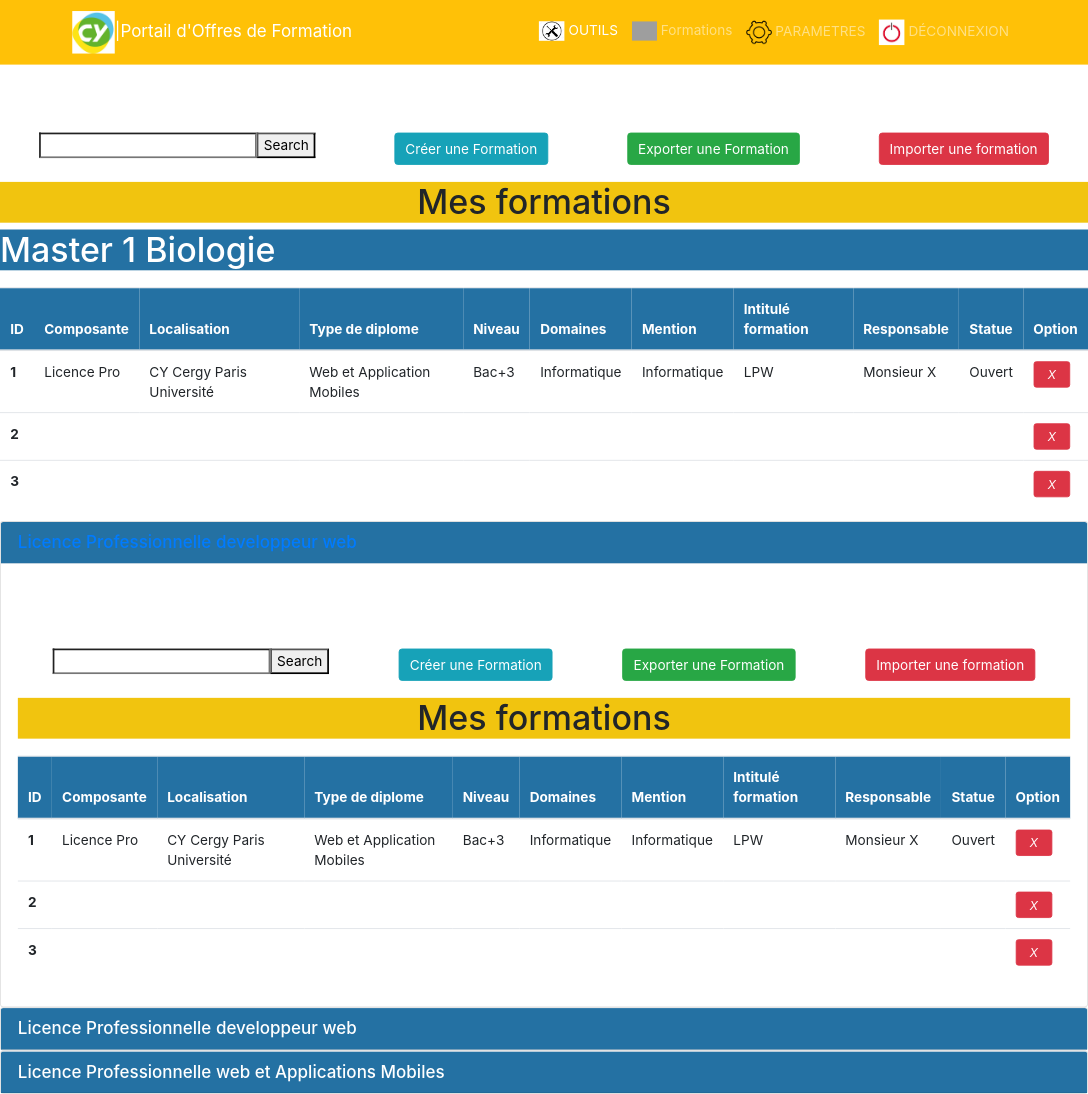
Repository: BaldeThierno1990/Projet-1-formation-tableau-generique-vue-export
Page: / (app in mcc/)
These files come from the project's save history. The page is drawn as it stood at one moment and after the next save; the edit follows.
The browser window is 1280 px wide. The pictures show the whole page, at 85% of full size.
Pictures or frames that could not be fetched are drawn as grey boxes. The project was rebuilt for these pictures with package versions that can differ from the ones it lists, and the page was loaded fresh each time.

Above is the page before, as saved 2021-03-22 14:48:55.

### mcc/src/main.js
import Vue from 'vue'
import App from './App.vue'

import 'bootstrap';
import 'bootstrap/dist/css/bootstrap.min.css';

Vue.config.productionTip = false

new Vue({
  render: h => h(App),
}).$mount('#app')

### mcc/src/App.vue
<template>
  <div id="app">

  <v-header></v-header>
  <v-tableau></v-tableau>
  <v-formation></v-formation>
  <v-footer></v-footer>


  </div>
</template>

<script>
import VTableau from './components/tableau/Vtableau.vue'
import VHeader from './components/menu/VHeader.vue'
import VFormation from './components/tableau/VFormation.vue'
import VFooter from './components/footer/Vfooter.vue'
export default {
  name: 'App',
  components: {
  VHeader,
    VTableau,
    VFormation,
    VFooter

  }
}
</script>

<style>
#app {
  font-family: Avenir, Helvetica, Arial, sans-serif;
  -webkit-font-smoothing: antialiased;
  -moz-osx-font-smoothing: grayscale;
  text-align: center;
  color: #2c3e50;
}
#nav {
  padding: 30px;
}

### mcc/src/components/tableau/Vtableau.vue
<template>
<div class="table">
    <div class="parent">
        <div class="formation">
         <input type="search" id="site-search" name="q"
        aria-label="Search through site content">
        <button>Search</button></div>
        <div class="formation"><button type="button" class="btn btn-info">Créer une Formation</button></div>
          <div class="formation"><button type="button" class="btn btn-success">Exporter une Formation</button></div>
        <div class="formation"><button type="button" class="btn btn-danger">Importer une formation</button></div>



    </div>


    <div>
        <div class="menu">
        <h1> Mes formations</h1>
    </div>
    <div id="heading"><h1>Master 1 Biologie</h1></div>
    <table class="table align-middle">

  <thead>
    <tr class="colonne">
      <th scope="col">ID</th>
      <th scope="col">Composante</th>
      <th scope="col">Localisation</th>
      <th scope="col">Type de diplome</th>
      <th scope="col">Niveau</th>
      <th scope="col">Domaines</th>
      <th scope="col">Mention</th>
      <th scope="col">Intitulé formation</th>
      <th scope="col">Responsable</th>
      <th scope="col">Statue</th>
      <th scope="col">Option</th>
    </tr>
  </thead>
  <tbody>
    <tr>
      <th scope="row">1</th>
       <td>Licence Pro</td>
      <td>CY Cergy Paris Université</td>
      <td>Web et Application Mobiles</td>
      <td>Bac+3</td>
      <td>Informatique</td>
      <td>Informatique</td>
      <td>LPW</td>
      <td>Monsieur X</td>
      <td>Ouvert</td>
      <td>
        <button type="button" class="btn btn-danger btn-sm px-3">
          <i class="fas fa-times">X</i>
        </button>
      </td>
    </tr>
    <tr>
      <th scope="row">2</th>
      <td></td>
      <td></td>
      <td></td>
      <td></td>
      <td></td>
      <td></td>
      <td></td>
      <td></td>
      <td></td>

      <td>
        <button type="button" class="btn btn-danger btn-sm px-3">
          <i class="fas fa-times">X</i>
        </button>
      </td>
    </tr>
    <tr>
      <th scope="row">3</th>
       <td></td>
      <td></td>
      <td></td>
      <td></td>
      <td></td>
      <td></td>
      <td></td>
      <td></td>
      <td></td>
      <td>
        <button type="button" class="btn btn-danger btn-sm px-3">
          <i class="fas fa-times">X</i>
        </button>
      </td>
    </tr>

  </tbody>
</table>
 </div>
</div>


</template>

<style>
.parent{
     display: flex;
     justify-content: space-around;
     margin-top: 80px;

}
.table{
    margin-top: 20px;
}
.colonne{
    background-color: #2471A3;
    color: white;
}
.menu{
    text-align: center;
    background-color: #F1C40F;
    margin-top: 20px;
}
</style>


<script>
export default {

}
</script>

### mcc/src/components/menu/VHeader.vue
<template>
<div class="header">
  <!-- Navigation -->
<nav class="navbar navbar-expand-lg navbar-dark bg-warning static-top">
  <div class="container">
    <a class="navbar-brand" href="#">
          <img src="@/assets/logo.jpg" alt="Logo" width="50">|Portail d'Offres de Formation
        </a>
    <button class="navbar-toggler" type="button" data-toggle="collapse" data-target="#navbarResponsive" aria-controls="navbarResponsive" aria-expanded="false" aria-label="Toggle navigation">
          <span class="navbar-toggler-icon"></span>
        </button>
    <div class="collapse navbar-collapse" id="navbarResponsive">
      <ul class="navbar-nav ml-auto">
        <li class="nav-item active">
          <a class="nav-link" href="#"> <img src="@/assets/icone_outils.jpg" alt="Outils" width="30"> OUTILS
                <span class="sr-only">(current)</span>
              </a>
        </li>

        <li class="nav-item">
          <a class="nav-link" href="#"><img src="@/assets/icone_formation.png" alt="Formation" width="30">  Formations</a>
        </li>
        <li class="nav-item">
          <a class="nav-link" href="#"><img src="@/assets/icone_parametre.png" alt="Parametre" width="30">  PARAMETRES</a>
        </li>
         <li class="nav-item">
          <a class="nav-link" href="#"> <img src="@/assets/icone_deconnexion.jpeg" alt="Formation" width="30"> DÉCONNEXION</a>
        </li>
      </ul>
    </div>
  </div>
</nav>
</div>

</template>

### mcc/src/components/tableau/VFormation.vue
<template>
    <div id="accordion" role="tablist">
  <div class="card">
    <div class="card-header" role="tab" id="heading">
      <h5 class="mb-0">
        <a data-toggle="collapse" href="#collapseOne" aria-expanded="true" aria-controls="collapseOne">
       Licence Professionnelle developpeur web
        </a>
      </h5>
</div>
<div id="collapseOne" class="collapse show" role="tabpanel" aria-labelledby="headingOne" data-parent="#accordion">
      <div class="card-body">
       <div class="table">
    <div class="parent">
        <div class="formation">
         <input type="search" id="site-search" name="q"
        aria-label="Search through site content">
        <button>Search</button></div>
        <div class="formation"><button type="button" class="btn btn-info">Créer une Formation</button></div>
          <div class="formation"><button type="button" class="btn btn-success">Exporter une Formation</button></div>
        <div class="formation"><button type="button" class="btn btn-danger">Importer une formation</button></div>



    </div>


    <div>
        <div class="menu">
        <h1> Mes formations</h1>
    </div>
    <table class="table align-middle">

  <thead>
    <tr class="colonne">
      <th scope="col">ID</th>
      <th scope="col">Composante</th>
      <th scope="col">Localisation</th>
      <th scope="col">Type de diplome</th>
      <th scope="col">Niveau</th>
      <th scope="col">Domaines</th>
      <th scope="col">Mention</th>
      <th scope="col">Intitulé formation</th>
      <th scope="col">Responsable</th>
      <th scope="col">Statue</th>
      <th scope="col">Option</th>
    </tr>
  </thead>
  <tbody>
    <tr>
      <th scope="row">1</th>
       <td>Licence Pro</td>
      <td>CY Cergy Paris Université</td>
      <td>Web et Application Mobiles</td>
      <td>Bac+3</td>
      <td>Informatique</td>
      <td>Informatique</td>
      <td>LPW</td>
      <td>Monsieur X</td>
      <td>Ouvert</td>
      <td>
        <button type="button" class="btn btn-danger btn-sm px-3">
          <i class="fas fa-times">X</i>
        </button>
      </td>
    </tr>
    <tr>
      <th scope="row">2</th>
      <td></td>
      <td></td>
      <td></td>
      <td></td>
      <td></td>
      <td></td>
      <td></td>
      <td></td>
      <td></td>

      <td>
        <button type="button" class="btn btn-danger btn-sm px-3">
          <i class="fas fa-times">X</i>
        </button>
      </td>
    </tr>
    <tr>
      <th scope="row">3</th>
       <td></td>
      <td></td>
      <td></td>
      <td></td>
      <td></td>
      <td></td>
      <td></td>
      <td></td>
      <td></td>
      <td>
        <button type="button" class="btn btn-danger btn-sm px-3">
          <i class="fas fa-times">X</i>
        </button>
      </td>
    </tr>

  </tbody>
</table>
        </div>



</div>

      </div>
</div>
</div>
<div class="card">
    <div class="card-header" role="tab" id="heading">
      <h5 class="mb-0">
        <a class="collapsed" data-toggle="collapse" href="#collapseTwo" aria-expanded="false" aria-controls="collapseTwo">
       Licence Professionnelle developpeur web
        </a>
      </h5>
</div>
<div id="collapseTwo" class="collapse" role="tabpanel" aria-labelledby="headingTwo" data-parent="#accordion">
      <div class="card-body">
      <div class="table">
    <div class="parent">
        <div class="formation">
         <input type="search" id="site-search" name="q"
        aria-label="Search through site content">
        <button>Search</button></div>
        <div class="formation"><button type="button" class="btn btn-info">Créer une Formation</button></div>
          <div class="formation"><button type="button" class="btn btn-success">Exporter une Formation</button></div>
        <div class="formation"><button type="button" class="btn btn-danger">Importer une formation</button></div>



    </div>


    <div>
        <div class="menu">
        <h1> Mes formations</h1>
    </div>
    <table class="table align-middle">

  <thead>
    <tr class="colonne">
      <th scope="col">ID</th>
      <th scope="col">Composante</th>
      <th scope="col">Localisation</th>
      <th scope="col">Type de diplome</th>
      <th scope="col">Niveau</th>
      <th scope="col">Domaines</th>
      <th scope="col">Mention</th>
      <th scope="col">Intitulé formation</th>
      <th scope="col">Responsable</th>
      <th scope="col">Statue</th>
      <th scope="col">Option</th>
    </tr>
  </thead>
  <tbody>
    <tr>
      <th scope="row">1</th>
       <td>Licence Pro</td>
      <td>CY Cergy Paris Université</td>
      <td>Web et Application Mobiles</td>
      <td>Bac+3</td>
      <td>Informatique</td>
      <td>Informatique</td>
      <td>LPW</td>
      <td>Monsieur X</td>
      <td>Ouvert</td>
      <td>
        <button type="button" class="btn btn-danger btn-sm px-3">
          <i class="fas fa-times">X</i>
        </button>
      </td>
    </tr>
    <tr>
      <th scope="row">2</th>
      <td></td>
      <td></td>
      <td></td>
      <td></td>
      <td></td>
      <td></td>
      <td></td>
      <td></td>
      <td></td>

      <td>
        <button type="button" class="btn btn-danger btn-sm px-3">
          <i class="fas fa-times">X</i>
        </button>
      </td>
    </tr>
    <tr>
      <th scope="row">3</th>
       <td></td>
      <td></td>
      <td></td>
      <td></td>
      <td></td>
      <td></td>
      <td></td>
      <td></td>
      <td></td>
      <td>
        <button type="button" class="btn btn-danger btn-sm px-3">
          <i class="fas fa-times">X</i>
        </button>
      </td>
    </tr>

  </tbody>
</table>
        </div>



</div>

      </div>
</div>
</div>


<div class="card">
    <div class="card-header" role="tab" id="heading">
      <h5 class="mb-0">
        <a class="collapsed" data-toggle="collapse" href="#collapseThree" aria-expanded="false" aria-controls="collapseThree">
    Licence Professionnelle web et Applications Mobiles
        </a>
      </h5>
</div>
<div id="collapseThree" class="collapse" role="tabpanel" aria-labelledby="headingThree" data-parent="#accordion">
      <div class="card-body">
      <div class="table">
    <div class="parent">
        <div class="formation">
         <input type="search" id="site-search" name="q"
        aria-label="Search through site content">
        <button>Search</button></div>
        <div class="formation"><button type="button" class="btn btn-info">Créer une Formation</button></div>
          <div class="formation"><button type="button" class="btn btn-success">Exporter une Formation</button></div>
        <div class="formation"><button type="button" class="btn btn-danger">Importer une formation</button></div>



    </div>


    <div>
        <div class="menu">
        <h1> Mes formations</h1>
    </div>
    <table class="table align-middle">

  <thead>
    <tr class="colonne">
      <th scope="col">ID</th>
      <th scope="col">Composante</th>
      <th scope="col">Localisation</th>
      <th scope="col">Type de diplome</th>
      <th scope="col">Niveau</th>
      <th scope="col">Domaines</th>
      <th scope="col">Mention</th>
      <th scope="col">Intitulé formation</th>
      <th scope="col">Responsable</th>
      <th scope="col">Statue</th>
      <th scope="col">Option</th>
    </tr>
  </thead>
  <tbody>
    <tr>
      <th scope="row">1</th>
       <td>Licence Pro</td>
      <td>CY Cergy Paris Université</td>
      <td>Web et Application Mobiles</td>
      <td>Bac+3</td>
      <td>Informatique</td>
      <td>Informatique</td>
      <td>LPW</td>
      <td>Monsieur X</td>
      <td>Ouvert</td>
      <td>
        <button type="button" class="btn btn-danger btn-sm px-3">
          <i class="fas fa-times">X</i>
        </button>
      </td>
    </tr>
    <tr>
      <th scope="row">2</th>
      <td></td>
      <td></td>
      <td></td>
      <td></td>
      <td></td>
      <td></td>
      <td></td>
      <td></td>
      <td></td>

      <td>
        <button type="button" class="btn btn-danger btn-sm px-3">
          <i class="fas fa-times">X</i>
        </button>
      </td>
    </tr>
    <tr>
      <th scope="row">3</th>
       <td></td>
      <td></td>
      <td></td>
      <td></td>
      <td></td>
      <td></td>
      <td></td>
      <td></td>
      <td></td>
      <td>
        <button type="button" class="btn btn-danger btn-sm px-3">
          <i class="fas fa-times">X</i>
        </button>
      </td>
    </tr>

  </tbody>
</table>
</div>


</div>
</div>
</div>
</div>
</div>
</template>

<style>
[data-toggle="collapse"]:after {
display: inline-block;
    display: inline-block;
    font: normal normal normal 14px/1 FontAwesome;
    font-size: inherit;
    text-rendering: auto;
    -webkit-font-smoothing: antialiased;
    -moz-osx-font-smoothing: grayscale;
  content: "\f054";
  transform: rotate(90deg) ;
  transition: all linear 0.25s;
  float:right;
  }
[data-toggle="collapse"].collapsed:after {
  transform: rotate(0deg) ;


}
#heading{
    background-color:  #2471A3;
    color: white;

}
.collapsed{
    color: white;
}
</style>
<script>
export default {

}
</script>

Loaded but not shown: mcc/public/index.html (common file); mcc/src/components/footer/Vfooter.vue (no stored copy; drawn as an empty file)

After the next save:
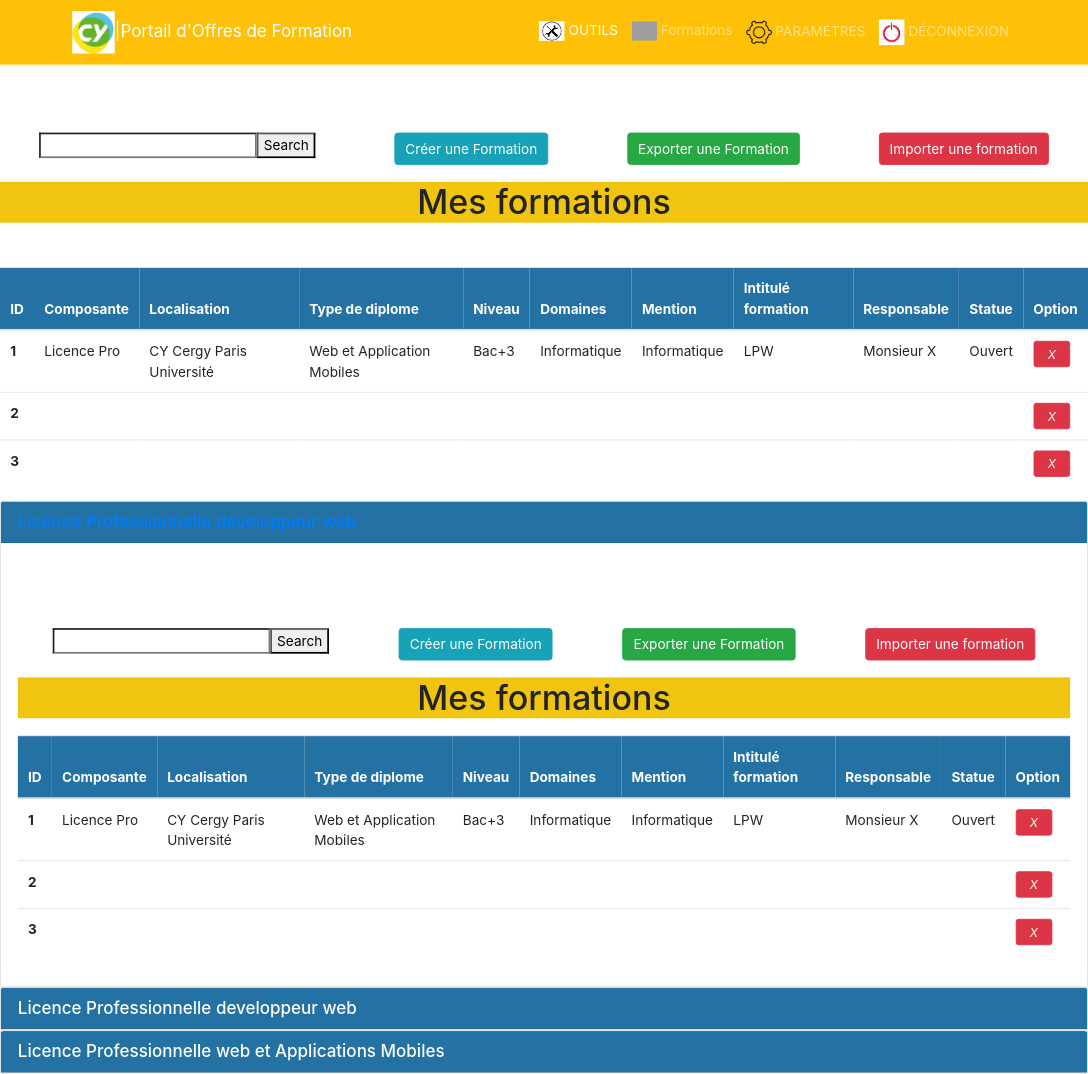
Saved 52 s later.
--- a/mcc/src/components/tableau/Vtableau.vue
+++ b/mcc/src/components/tableau/Vtableau.vue
@@ -18,7 +18,11 @@
         <div class="menu">
         <h1> Mes formations</h1>
     </div>
-    <div id="heading"><h1>Master 1 Biologie</h1></div>
+     <h5 class="mb-0">
+        <a class="collapsed" data-toggle="collapse" href="#collapseThree" aria-expanded="false" aria-controls="collapseThree">
+    Licence Professionnelle web et Applications Mobiles
+        </a>
+      </h5>
     <table class="table align-middle">
 
   <thead>
